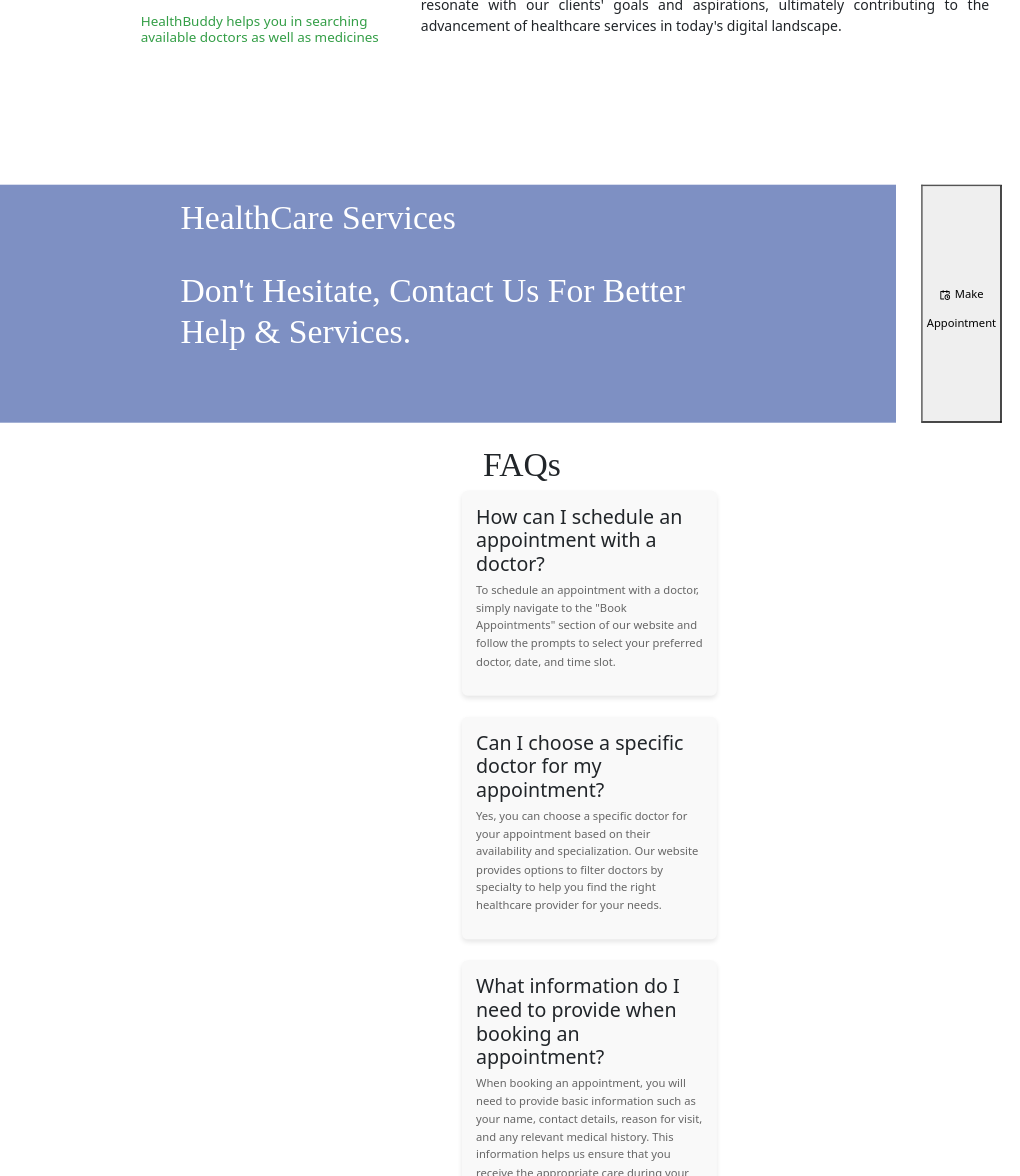
Repository: WajihaGul/MedicalApp-Frontend
Page: /
An editor plug-in stored every save of this project. The page is shown before and after the next save, followed by the edit.
The browser window is 1280 px wide. The page is 1457 px wide, so the pictures cover 1457 px, including what lies to the right of the window. The pictures show the part of the page from y = 1777 to 3457 px (the page is 4744 px tall before and 4730 px after), at 70% of full size.
The project was rebuilt for these pictures with package versions that can differ from the ones it lists, and the page was loaded fresh each time. Also part of the build but not shown: vite.config.js, src/index.css, src/App.css.

Above is the page before, as saved 2024-05-08 23:27:35.

After the next save:
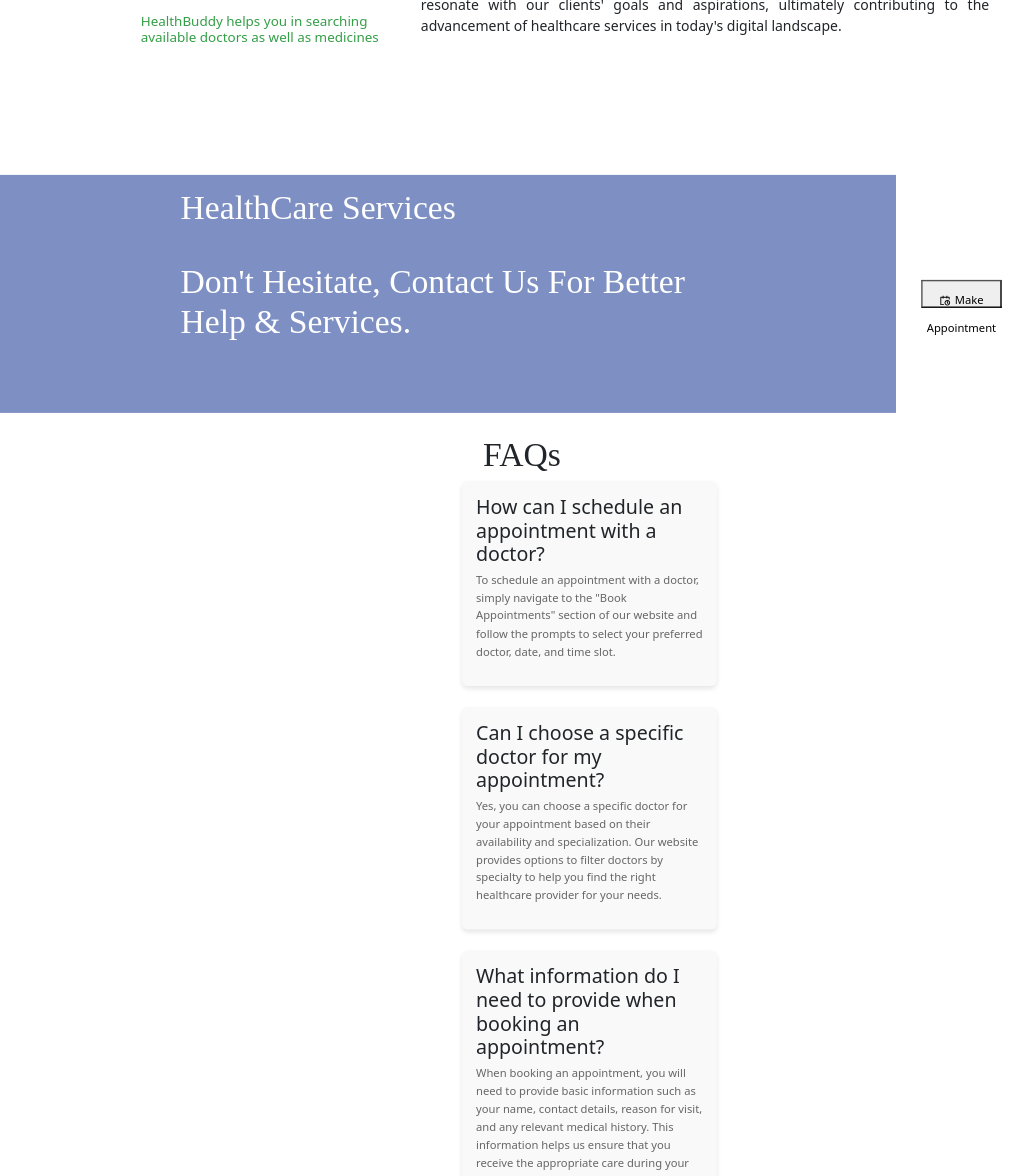
Saved 10 min 24 s later.
--- a/src/Components/MakeAppointment/MakeAppointment.module.css
+++ b/src/Components/MakeAppointment/MakeAppointment.module.css
@@ -1,7 +1,6 @@
 .container{
     background-color: rgb(126 144 195);
     height: 340px;
-    margin-top: 152px
 }
 .head3{
     color: white;
@@ -36,7 +35,10 @@ flex-direction: row;
 }
 
 .ButtonHere{
-
+    margin-left: auto;
+    margin-right: auto;
+    margin-bottom: 150px;
+    margin-top: 150px;
 }
 
 .button{
